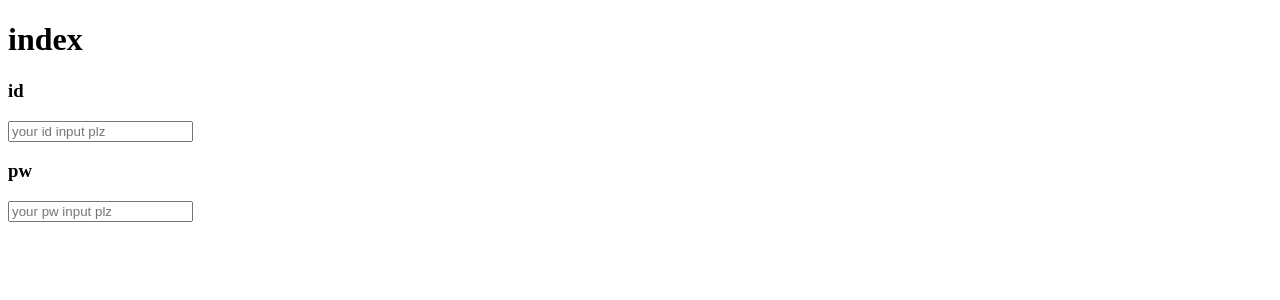
Repository: Ryeom/java_190710
Page: http://localhost/190910_jsp/views/index.jsp
The author's editor kept a copy of each file at every save. The page is drawn from the files as they stood at one save, then again after the next save.
The browser window is 1280 px wide. The pictures show the whole page.
The page is served by Tomcat 9. Nobody is signed in. The application's start-up code is not run.

Above is the page before, as saved 2019-09-10 06:46:32.

After the next save:
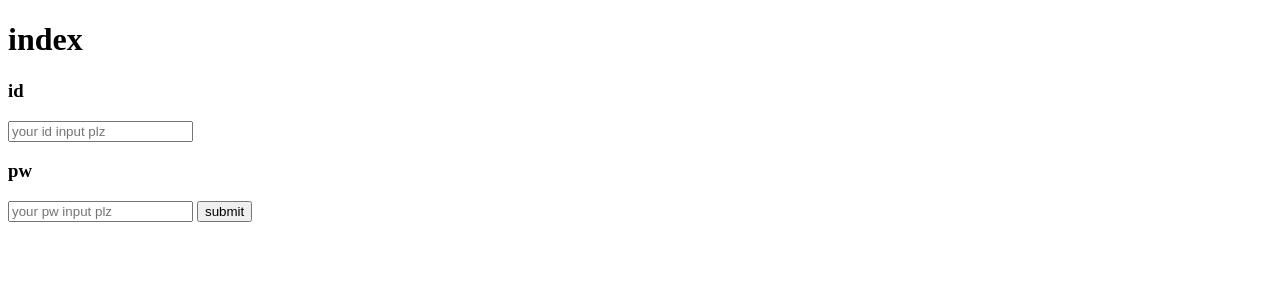
Saved 27 s later.
--- a/190910_jsp/WebContent/views/index.jsp
+++ b/190910_jsp/WebContent/views/index.jsp
@@ -11,6 +11,7 @@
 		<h1>index</h1>
 		<h3>id</h3><input type="text" id="user_id" placeholder="your id input plz"/>
 		<h3>pw</h3><input type="text" id="user_pw" placeholder="your pw input plz"/>
+		<button type="submit">submit</button>
 	</form>
 </body>
 </html>
